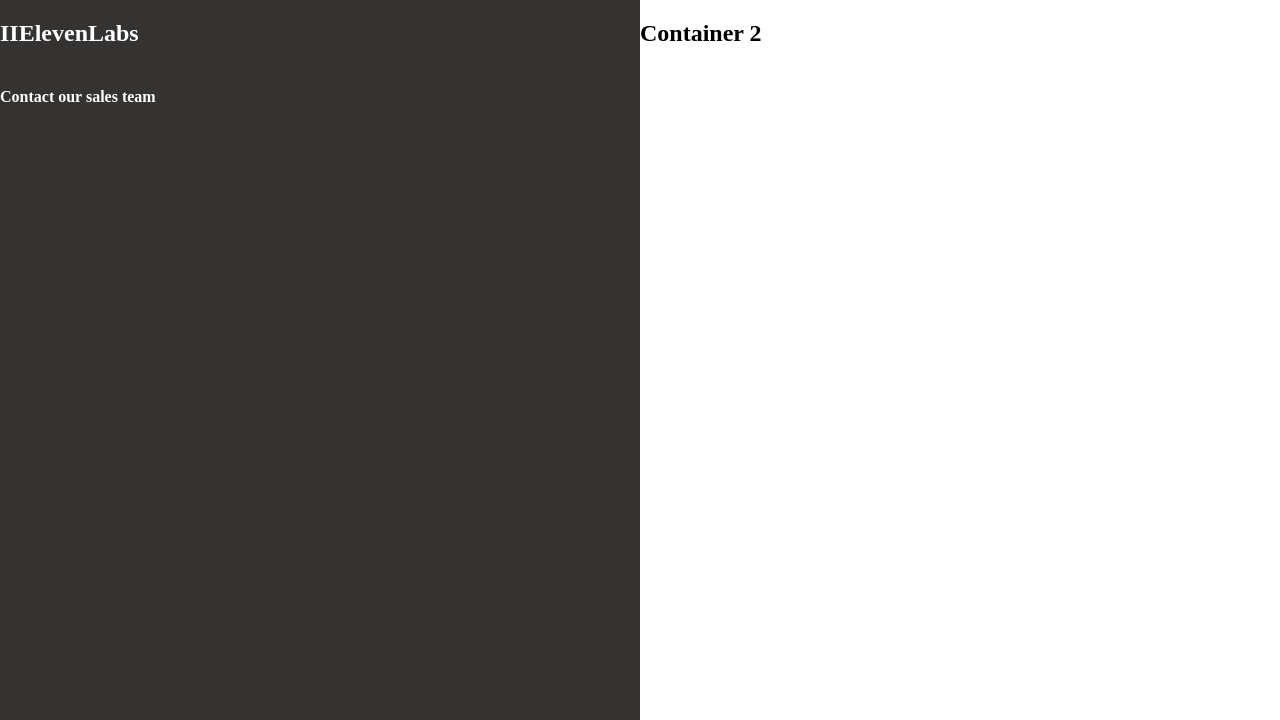
Repository: RohanSai22/harkirat-cohort-learnings
Page: Web/w1_a2.html
These files come from the project's save history. The page is drawn as it stood at one moment and after the next save; the edit follows.
The browser window is 1280 px wide. The pictures show the whole page.

Above is the page before, as saved 2026-03-24 12:03:53.

### Web/w1_a2.html
<html>
    <head>
        <title>Eleven Labs : Sales Page </title>
    </head>
    <body style="margin:0; padding:0">
        <div style ="min-height: 100vh; display: flex;">
            <div style="flex:1;background-color: rgb(53, 50, 50); color: white">
                <div style="display:flex;justify-content: space-between; flex-direction: column;">
                    <h2>IIElevenLabs</h2>
                    <h4>Contact our sales team</h4>
                </div>
            </div>
            <div style="flex:1;background-color: white;">
                 <h2>Container 2</h2>
            </div>
        </div>
    </body>
</html>

After the next save:
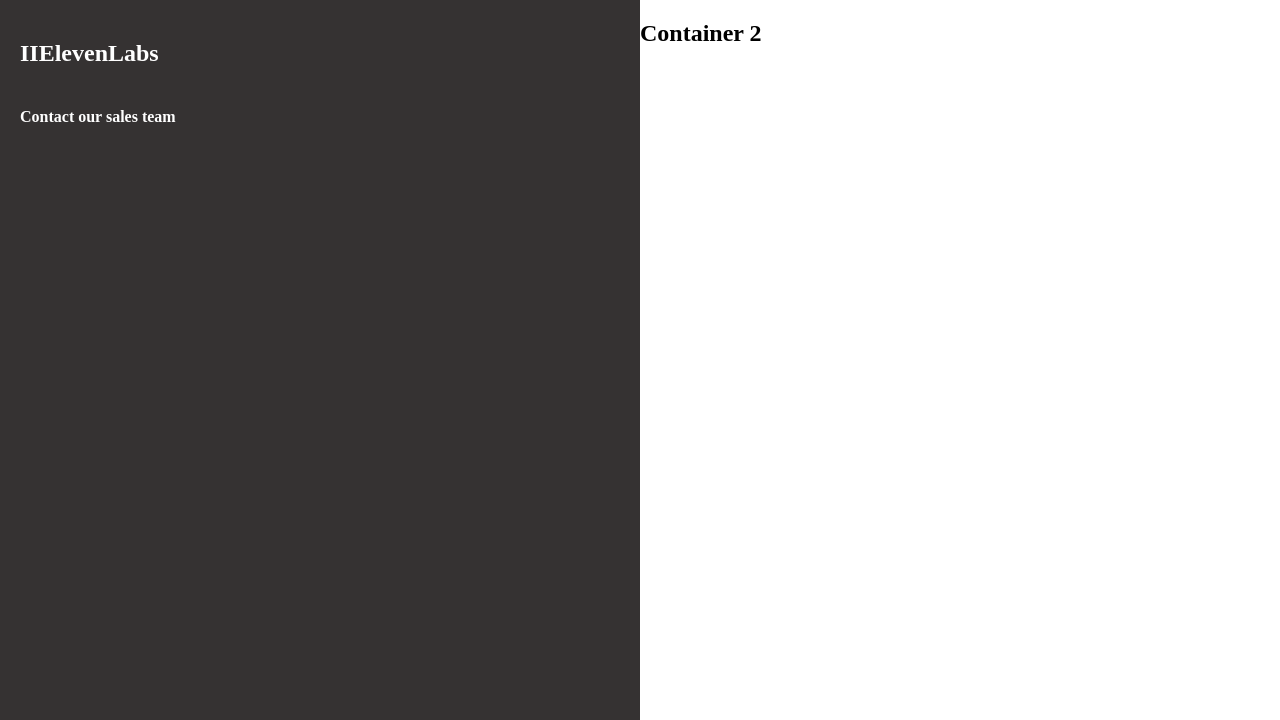
Saved 19 s later.
--- a/Web/w1_a2.html
+++ b/Web/w1_a2.html
@@ -5,7 +5,7 @@
     <body style="margin:0; padding:0">
         <div style ="min-height: 100vh; display: flex;">
             <div style="flex:1;background-color: rgb(53, 50, 50); color: white">
-                <div style="display:flex;justify-content: space-between; flex-direction: column;">
+                <div style="display:flex;justify-content: space-between; flex-direction: column; margin: 20px;">
                     <h2>IIElevenLabs</h2>
                     <h4>Contact our sales team</h4>
                 </div>
